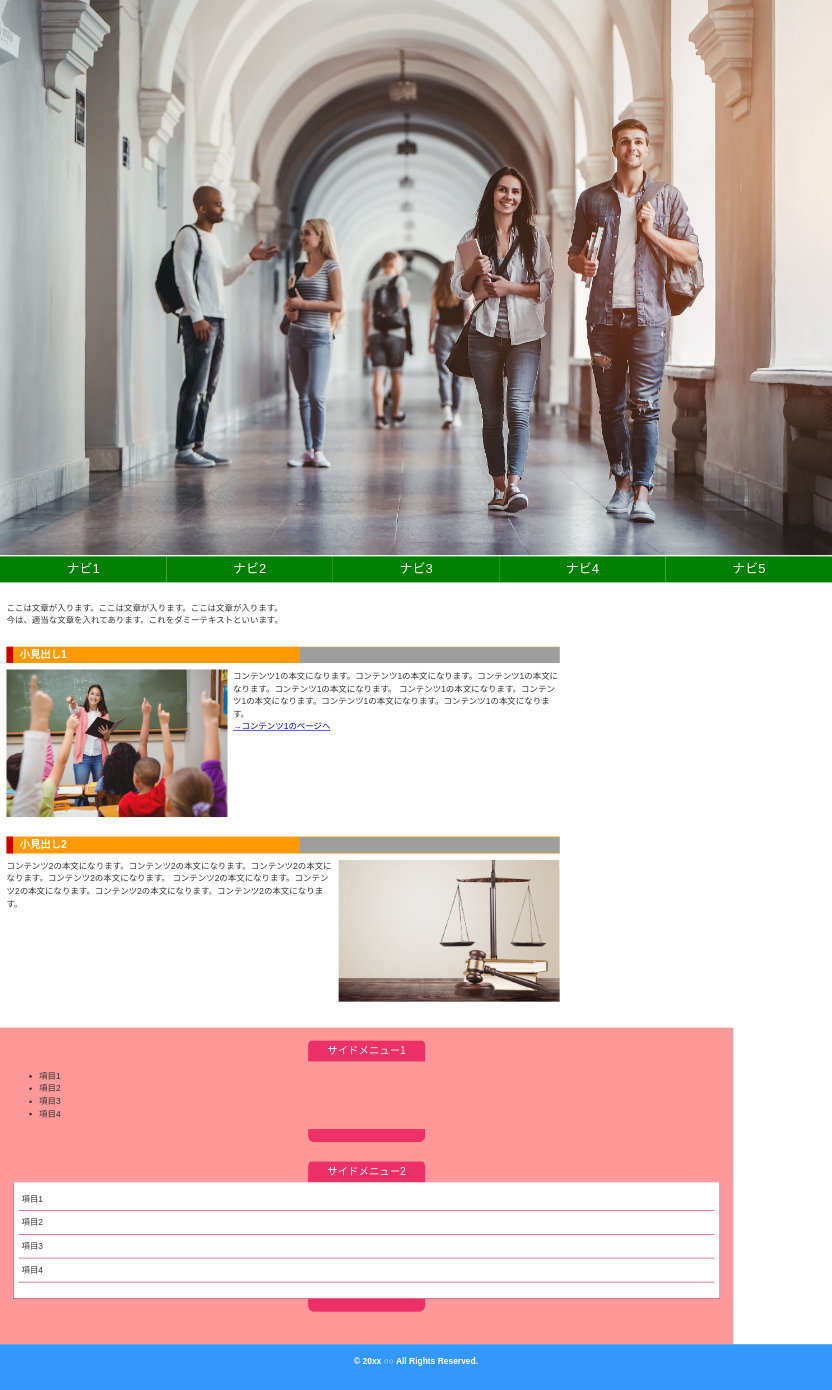
Repository: ryotaro516/Samurai_JS
Page: C9/index.html
The author's editor kept a record of every edit. The page is drawn from the files as they stood at one moment, then again after the next edit.
The browser window is 1280 px wide. The pictures show the whole page, at 65% of full size.
Pictures or frames that could not be fetched are drawn as grey boxes.

Above is the page before.

### C9/index.html
<!DOCTYPE html>
<html lang="ja">
    <head>
        <meta charset="UTF-8">
        <title>HTML/CSSの学習</title>
        <link rel="stylesheet" href="stylesheet.css">
    </head>
    <body>
        <div id="header">
            <h1><a href="index.html"><img id="corridor" src="images/corridor.jpg" alt="大学の廊下" /></a></h1>
        </div>
        <div id="wrapper">
            <div id="nav">
                <ul>
                    <li><a href="home.html">ナビ1</a></li>
                    <li><a href="#">ナビ2</a></li>
                    <li><a href="#">ナビ3</a></li>
                    <li><a href="#">ナビ4</a></li>
                    <li><a href="#">ナビ5</a></li>
                </ul>
            </div>
            <div id="container">
                <div id="main">
                    <div class="post">
                        <p>ここは文章が入ります。ここは文章が入ります。ここは文章が入ります。<br />今は、適当な文章を入れてあります。これをダミーテキストといいます。</p>
                    </div>
                    <div class="post clearfix">
                        <h2>小見出し1</h2>
                        <img class="left" src="images/classroom.jpg" alt="授業風景" />
                        <p>
                            コンテンツ1の本文になります。コンテンツ1の本文になります。コンテンツ1の本文になります。コンテンツ1の本文になります。
                            コンテンツ1の本文になります。コンテンツ1の本文になります。コンテンツ1の本文になります。コンテンツ1の本文になります。
                        </p>
                        <p><a href="#">→コンテンツ1のページへ</a></p>
                    </div>
                    <div class="post clearfix">
                        <h2>小見出し2</h2>
                        <img class="right" src="images/scale.jpg" alt="天秤" />
                        <p>
                            コンテンツ2の本文になります。コンテンツ2の本文になります。コンテンツ2の本文になります。コンテンツ2の本文になります。
                            コンテンツ2の本文になります。コンテンツ2の本文になります。コンテンツ2の本文になります。コンテンツ2の本文になります。
                        </p>
                    </div>
                </div>
            </div>
            <div id="side">
                <div class="box">
                    <h2>サイドメニュー1</h2>
                    <div class="baxBody">
                        <ul>
                            <li>項目1</li>
                            <li>項目2</li>
                            <li>項目3</li>
                            <li>項目4</li>
                        </ul>
                    </div>
                </div>
                <div class="box">
                    <h2>サイドメニュー2</h2>
                    <div class="boxBody">
                        <ul>
                            <li>項目1</li>
                            <li>項目2</li>
                            <li>項目3</li>
                            <li>項目4</li>
                        </ul>
                    </div>
                </div>
            </div>
        </div>
        <div id="footer">
            <p>&copy; 20xx ○○ All Rights Reserved.</p>
　　    </div>
    </body>
</html>

### C9/stylesheet.css
@charset "utf-8";

body {
	margin: 0;
	padding: 0;
	font-family: "ヒラギノ角ゴ Pro W3", "Hiragino Kaku Gothic Pro", "メイリオ", Meiryo, Osaka, "ＭＳ Ｐゴシック", "MS PGothic", sans-serif;
	color: #333;
	font-size: 13px;
	line-height: 150%;
}

/* -------------------- wrapper -------------------- */
#wrapper {
    width: 100%;
    margin: auto;
    padding: 0px;
    border: 0px;
    background-color: #FFF;
    top: 10px;
}

/* -------------------- header -------------------- */
#header {
	width: 100%;
}
#header h1 {
	margin: 0;
	padding: 0;
}

#corridor {
	width: 100%;
	height: auto;
}

/* -------------------- footer -------------------- */
#footer {
	clear: both;
	width: 100%;
	padding: 3px 0 3px 0;
	background: #39F;
	color: #FFF;
	font-weight: bold;
	text-align: center;
}

/* -------------------- nav -------------------- */
#nav {
	width: 100%;
}
#nav ul {
	display: flex;
	margin: 0;
	padding: 0;
	list-style-type: none;
}
#nav ul li {
	width: 20%;
	text-align: center;
}
#nav ul li a {
	display: block;
	height: 20px;
	margin: 0;
	padding: 10px;
	color: #FFF;
	font-size: 20px;
	text-decoration: none;
	background-color: green;
}

#nav ul li a:hover {
	filter: drop-shadow(10px 10px 10px black);
}

/* -------------------- container -------------------- */
#container {
	width: 100%;
	margin: auto ;
	padding: auto;
	padding-top: 20px;
	clear: both;
	display: grid;
	grid-template-columns: 70vw 30vw;
}
/* -------------------- main -------------------- */
#main {
	width: 95%;
	padding: 10px 30px 10px 10px;
}
#main h2 {
	margin: 0 0 10px 0;
	padding: 3px 10px 3px 10px;
	color: #FFF;
	font-size: 16px;
	border-left: solid 10px #C00;
	background: #F90 url(../images/main_h2.jpg) right top repeat-y;
}
#main p {
	margin: 0;
	padding: 0;
}
#main .post {
	margin: 0 0 30px 0;
}
#main .post img.right {
	margin: 0 0 0 8px;
}
#main .post img.left {
	margin: 0 8px 0 0;
}

.right {
	float: right;
	width: 40%;
	height: auto;
}
.left {
	float: left;
	width: 40%;
	height: auto;
}

/* -------------------- clearfix -------------------- */
.clearfix {
	zoom: 1;
}
.clearfix:after{
	content: "";
	display: block;
	clear: both;
}

/* -------------------- side -------------------- */
#side {
	width: 85%;
	padding: 20px;
	background-color: #F99;
}
#side .box {
	margin: 0 auto 30px auto;
	padding: 0 0 20px 0;
	background: url(images/side_box.png) bottom no-repeat;
}
#side .box h2 {
	margin: 0;
	padding: 8px;
	text-align: center;
	color: #fff;
	font-size: 16px;
	line-height: 16px;
	font-weight: normal;
	background: url(images/side_box_h2.png) center no-repeat;
}
#side .box .boxBody {
	padding: 8px;
	border-right: solid 1px #C36;
	border-bottom:solid 1px #C36;
	border-left: solid 1px #C36;
	background: #fff;
}
#side .box .boxBody ul {
	margin: 0 0 16px 0;
	padding: 0;
}
#side .box .boxBody ul li {
	padding: 8px 0 8px 4px;
	list-style: none;
	border-bottom: solid 1px #C36;
}

#side .box .boxBody ul li:hover {
	padding: 8px 0 8px 4px;
	list-style: none;
	border-bottom: solid 1px #C36;
	box-shadow: 0px 4px 4px rgba(0, 0, 0, 0.3);
}

After the next edit:
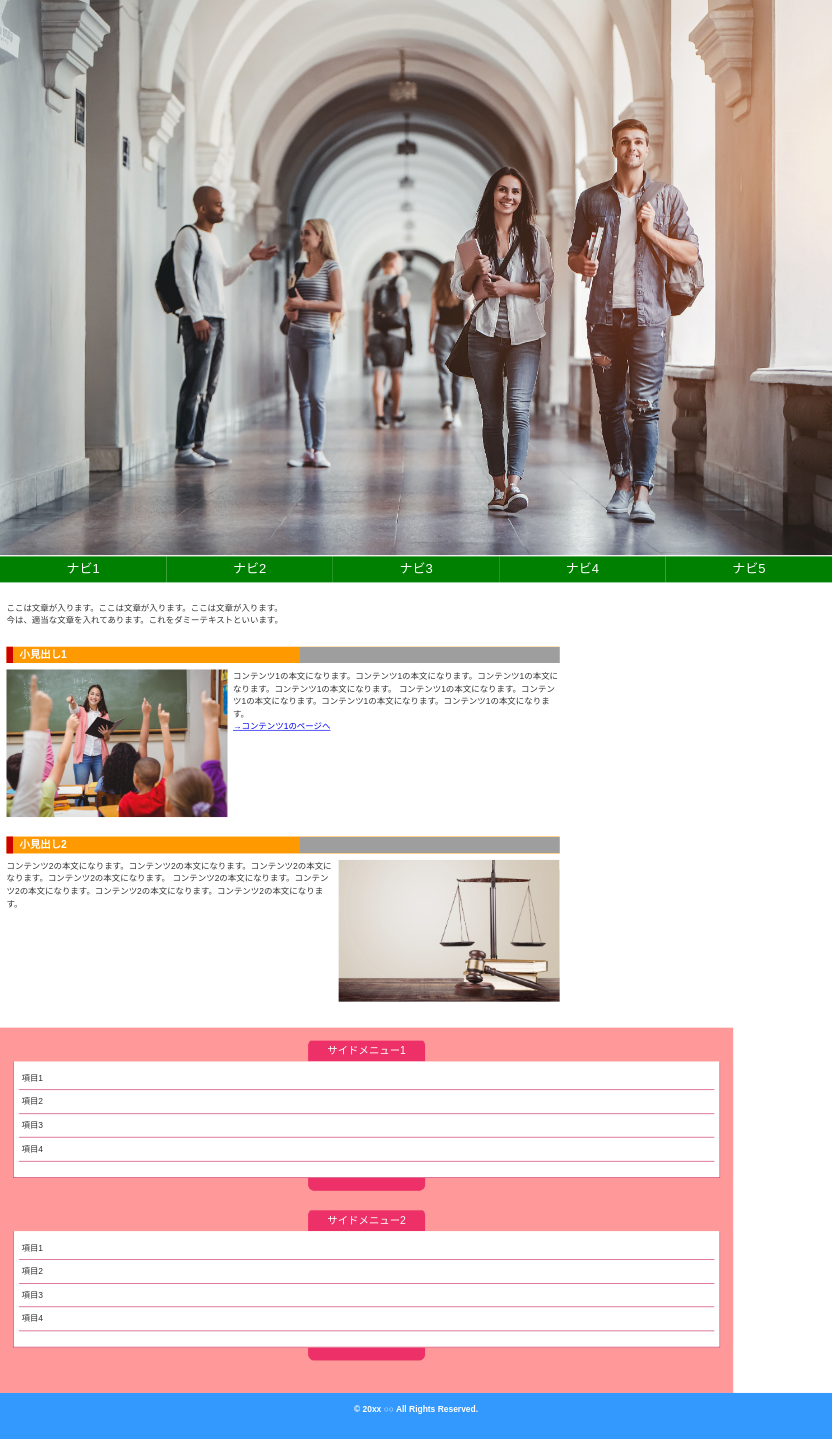
The edit:
--- a/C9/index.html
+++ b/C9/index.html
@@ -46,7 +46,7 @@
             <div id="side">
                 <div class="box">
                     <h2>サイドメニュー1</h2>
-                    <div class="baxBody">
+                    <div class="boxBody">
                         <ul>
                             <li>項目1</li>
                             <li>項目2</li>
